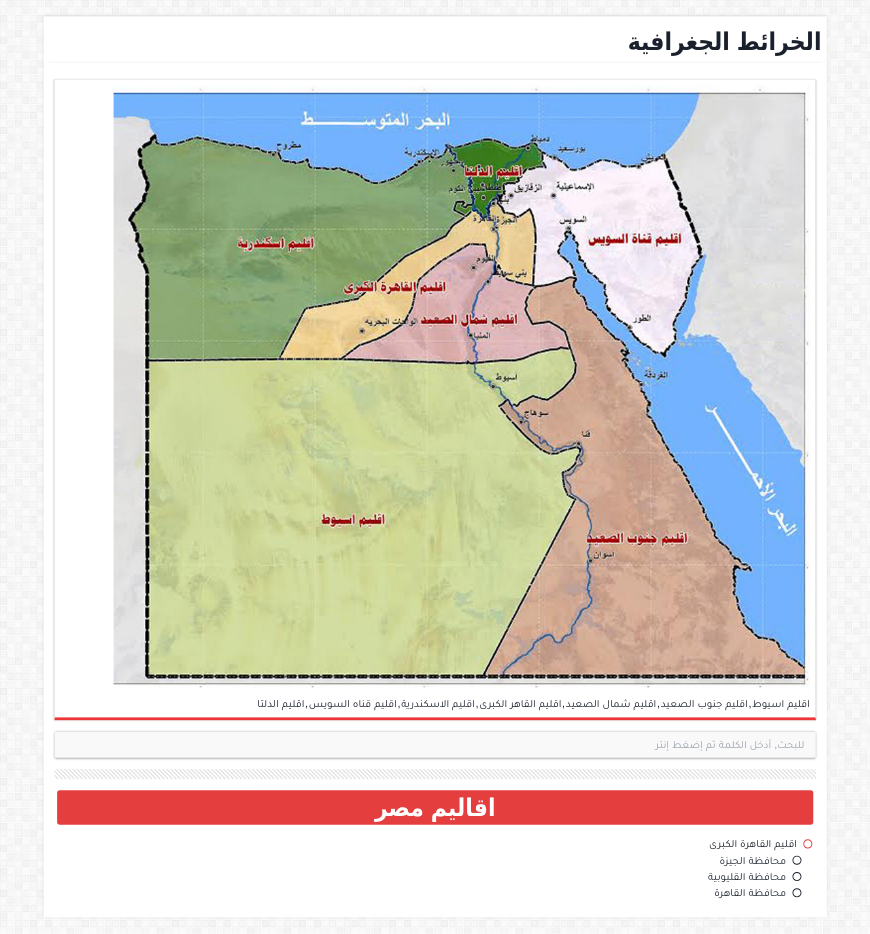
Repository: ahmed-mohamed-eng/egypt-gov-map
Page: /
These files come from the project's save history. The page is drawn as it stood at one moment and after the next save; the edit follows.
The browser window is 1280 px wide. The pictures show the whole page, at 68% of full size.
Some web fonts or font styles are not loaded; a fallback is used. The project was rebuilt for these pictures with package versions that can differ from the ones it lists, and the page was loaded fresh each time. The framework's server and built-in components were replaced by stand-ins that run in the browser. Also part of the build but not shown: next.config.js.

Above is the page before, as saved 2022-05-30 14:37:29.

### pages/_app.tsx
import "../styles/globals.css";

import type { AppProps } from "next/app";

import { ChakraProvider, extendTheme } from "@chakra-ui/react";

const theme = extendTheme({
  fonts: {
    heading: `Arial, Helvetica,"Aref Ruqaa" ,'Segoe UI', Tahoma, Geneva, Verdana, sans-serif`,
  },
});

function MyApp({ Component, pageProps }: AppProps) {
  return (
    <ChakraProvider theme={theme}>
      <Component {...pageProps} />
    </ChakraProvider>
  );
}

export default MyApp;

### pages/_document.tsx
import Document, {
  Html,
  Head,
  Main,
  NextScript,
  DocumentContext,
} from "next/document";

class MyDocument extends Document {
  static async getInitialProps(ctx: DocumentContext) {
    const initialProps = await Document.getInitialProps(ctx);
    return { ...initialProps };
  }

  render() {
    return (
      <Html dir="rtl" lang="ar">
        <Head />
        <body>
          <Main />
          <NextScript />
        </body>
      </Html>
    );
  }
}

export default MyDocument;

### pages/index.tsx
import type { NextPage } from "next";

// Custom Components
import Header from "../components/Header";
import PageContainer from "../components/PageContainer";
import MainContentArea from "../components/MainContentArea";

// Constants
import provincesList from "../constants/provincesList";

const Home: NextPage = () => {
  return (
    <PageContainer>
      <Header headerTitle="الخرائط الجغرافية" />
      <MainContentArea
        quickNavTitle="اقاليم مصر"
        placeholderTxt="للبحث, أدخل الكلمة ثم إضغط إنتر"
        list={provincesList}
      />
    </PageContainer>
  );
};

export default Home;

### styles/globals.css
@import url("https://fonts.googleapis.com/css2?family=Amiri:ital,wght@0,700;1,400;1,700&family=Aref+Ruqaa:wght@400;700&family=Tajawal:wght@300;400;500;700;800;900&display=swap");

@tailwind base;
@tailwind components;
@tailwind utilities;

html,
body {
  padding: 0;
  margin: 0;
  font-family: -apple-system, BlinkMacSystemFont, Segoe UI, Roboto, Oxygen,
    Ubuntu, Cantarell, Fira Sans, Droid Sans, Helvetica Neue, sans-serif;
}

a {
  color: inherit;
  text-decoration: none;
}

* {
  box-sizing: border-box;
  font-family: Arial, Helvetica, "Tajawal", "Aref Ruqaa", "Segoe UI", Tahoma,
    Geneva, Verdana, sans-serif;
}

### components/Header/index.tsx
export { Header as default } from "./Header";

### components/PageContainer/index.tsx
export { PageContainer as default } from "./PageContainer";

### components/MainContentArea/index.tsx
export { MainContentArea as default } from "./MainContentArea";

### constants/provincesList.ts
import { province } from "../components/MainContentArea/QuickNavigationArea/CitiesList/CitiesList";

const provincesList: Array<province> = [
  {
    provinceName: "اقليم القاهرة الكبرى",
    url: "#",
    childItems: [
      {
        cityName: "محافظة الجيزة",
        url: "#",
      },
      {
        cityName: "محافظة القليوبية",
        url: "#",
      },
      {
        cityName: "محافظة القاهرة",
        url: "#",
      },
    ],
  },
];

export default provincesList;

### components/Header/Header.tsx
import { Divider, Flex, Heading, VStack } from "@chakra-ui/react";

export interface HeaderProps {
  headerTitle: string;
}

export const Header = (props: HeaderProps) => {
  return (
    <VStack
      as="header"
      w="full"
      justifyContent="center"
      alignItems="center"
      fontSize="1.5rem"
      fontFamily="arabic"
      flex="1"
    >
      <Heading w="full" textAlign="right" as="h1">
        {props.headerTitle}
      </Heading>
      <Flex w="full">
        <Divider orientation="horizontal" />
      </Flex>
    </VStack>
  );
};

### components/PageContainer/PageContainer.tsx
import { Center, Flex, VStack } from "@chakra-ui/react";

// import bgImage from "../../images/backgroundImage.png";

export const PageContainer = (props: any) => {
  return (
    <Flex backgroundImage={`url(/images/backgroundImage.png)`}>
      <Center w="full" h="full" py="1.5rem">
        <VStack
          bgColor="white"
          width={["90vw"]}
          minH="95vh"
          boxShadow="0 0 5px #CACACA"
          py="1rem"
          px="0.5rem"
          spacing="1rem"
        >
          {props.children}
        </VStack>
      </Center>
    </Flex>
  );
};

### components/MainContentArea/MainContentArea.tsx
import { VStack } from "@chakra-ui/react";

// Custom Components.
import MapArea from "./MapArea";
import SearchBox from "./SearchBox";
import StripeSeparator from "./StripeSeparator";
import QuickNavigationArea from "./QuickNavigationArea";

// Interfaces.
import { SearchBoxProps } from "./SearchBox/SearchBox";
import { QuickNavigationAreaProps } from "./QuickNavigationArea/QuickNavigationArea";

export interface MainContentAreaProps
  extends QuickNavigationAreaProps,
    SearchBoxProps {}

export const MainContentArea = (props: MainContentAreaProps) => {
  return (
    <VStack as="main" w="full" p="0.5rem" spacing="1rem" flex="14">
      <MapArea />
      <SearchBox placeholderTxt={props.placeholderTxt} />
      <StripeSeparator />
      <QuickNavigationArea
        list={props.list}
        quickNavTitle={props.quickNavTitle}
      />
    </VStack>
  );
};

### components/MainContentArea/MapArea/index.tsx
export { MapArea as default } from "./MapArea";

### components/MainContentArea/SearchBox/index.tsx
export { SearchBox as default } from "./SearchBox";

### components/MainContentArea/StripeSeparator/index.tsx
export { StripeSeparator as default } from "./StripeSeparator";

### components/MainContentArea/QuickNavigationArea/index.tsx
export { QuickNavigationArea as default } from "./QuickNavigationArea";

### components/MainContentArea/MapArea/MapArea.tsx
import { VStack } from "@chakra-ui/react";

// Custom Components.
import MapImage from "./MapImage";
import MapInfoDisplayedLinks from "./MapInfoDisplayedLinks";

// Constants.
import provinces from "../../../constants/provinces";

export const MapArea = () => {
  return (
    <VStack
      borderWidth="thin"
      borderColor="red.500"
      boxShadow="0 1px 3px 0 #b5b5b5"
      border="1px solid #DDD"
      borderBottom="4px solid #ef3636"
      p="0.5rem"
      w="full"
      spacing="0.5rem"
    >
      <MapImage />
      <MapInfoDisplayedLinks
        breadcrumbItems={provinces}
      />
    </VStack>
  );
};

### components/MainContentArea/SearchBox/SearchBox.tsx
import { Input } from "@chakra-ui/react";

export interface SearchBoxProps {
  placeholderTxt: string;
}

export const SearchBox = (props: SearchBoxProps) => {
  return (
    <Input
      w="full"
      backgroundColor="#F9F9F9"
      borderColor="#F1F1F1"
      borderTopColor="#DDD"
      borderBottomColor="#DDD"
      boxShadow="0 1px 3px 0 #B5B5B5"
      borderRadius="3px"
      placeholder={props.placeholderTxt}
    />
  );
};

### components/MainContentArea/StripeSeparator/StripeSeparator.tsx
import { Box } from "@chakra-ui/react";

export const StripeSeparator = () => {
  return <Box w="full" h="15px" bgImage="url(/images/stripe.png)"></Box>;
};

### components/MainContentArea/QuickNavigationArea/QuickNavigationArea.tsx
import { VStack, Heading } from "@chakra-ui/react";

import CitiesList from "./CitiesList";

// Interfaces
import { CitiesListProps } from "./CitiesList/CitiesList";

export interface QuickNavigationAreaProps extends CitiesListProps {
  quickNavTitle: string;
}

export const QuickNavigationArea = (props: QuickNavigationAreaProps) => {
  return (
    <VStack w="full" spacing="1rem" px="0.25rem">
      <Heading
        w="full"
        h="fit-content"
        borderRadius="0.25rem"
        color="white"
        bg="red.500"
        p="0.25rem"
        textAlign="center"
      >
        {props.quickNavTitle}
      </Heading>
      <CitiesList list={props.list} />
    </VStack>
  );
};

### components/MainContentArea/MapArea/MapImage/index.tsx
export { MapImage as default } from "./MapImage";

### components/MainContentArea/MapArea/MapInfoDisplayedLinks/index.tsx
export { MapInfoDisplayedLinks as default } from "./MapInfoDisplayedLinks";

### constants/provinces.ts
import { BreadcrumbElement } from "../components/MainContentArea/MapArea/MapInfoDisplayedLinks/MapInfoDisplayedLinks";

const provinces: Array<BreadcrumbElement> = [
  {
    text: "اقليم اسيوط",
    url: "#",
  },
  {
    text: "اقليم جنوب الصعيد",
    url: "#",
  },
  {
    text: "اقليم شمال الصعيد",
    url: "#",
  },
  {
    text: "اقليم القاهر الكبرى",
    url: "#",
  },
  {
    text: "اقليم الاسكندرية",
    url: "#",
  },
  {
    text: "اقليم قناه السويس",
    url: "#",
  },
  {
    text: "اقليم الدلتا",
    url: "#",
  },
];

export default provinces;

### components/MainContentArea/QuickNavigationArea/CitiesList/index.tsx
export { CitiesList as default } from "./CitiesList";

### components/MainContentArea/MapArea/MapImage/MapImage.tsx
import React from "react";

import { Flex, Image } from "@chakra-ui/react";

// Images Sources.
import mapImage from "../../../../images/Egypt_Provinces.jpg";

export const MapImage = () => {
  return (
    <Flex w="full">
      <Image mixBlendMode="multiply" src={mapImage.src} alt="Egypt Province Map" />
    </Flex>
  );
};

### components/MainContentArea/MapArea/MapInfoDisplayedLinks/MapInfoDisplayedLinks.tsx
import { v4 as uuidV4 } from "uuid";

import { Breadcrumb, BreadcrumbItem, BreadcrumbLink } from "@chakra-ui/react";

export type BreadcrumbElement = {
  url: string;
  text: string;
};

export interface MapInfoDisplayedLinksProps {
  breadcrumbItems: Array<BreadcrumbElement>;
}

export const MapInfoDisplayedLinks = (props: MapInfoDisplayedLinksProps) => {
  const breadcrumbItems = props.breadcrumbItems.map((item) => {
    return (
      <BreadcrumbItem key={uuidV4()}>
        <BreadcrumbLink
          maxW="fit-content"
          _hover={{
            textDecoration: "none",
            fontWeight: "600",
          }}
          href={item.url}
        >
          {item.text}
        </BreadcrumbLink>
      </BreadcrumbItem>
    );
  });

  return (
    <Breadcrumb spacing="1px" separator="," w="full">
      {breadcrumbItems}
    </Breadcrumb>
  );
};

### components/MainContentArea/QuickNavigationArea/CitiesList/CitiesList.tsx
import { v4 as uuidV4 } from "uuid";

import { List, ListItem, ListIcon } from "@chakra-ui/react";

import { BiCircle } from "react-icons/bi";

export type city = {
  cityName: string;
  url: string;
};

export type province = {
  provinceName: string;
  url: string;
  childItems: Array<city>;
};

export interface CitiesListProps {
  list: Array<province>;
}

export const CitiesList = (props: CitiesListProps) => {
  const items = props.list.map((item, parentIndex) => {
    return (
      <List key={uuidV4()}>
        <ListItem as="a" href={item.url}>
          <ListIcon as={BiCircle} color="red.500" fill="red.500" />
          {item.provinceName}
        </ListItem>
        {item.childItems.map((childItem) => {
          return (
            <List key={uuidV4()} pr={`${parentIndex + 1}rem`}>
              <ListItem as="a" href={childItem.url}>
                <ListIcon as={BiCircle} />
                {childItem.cityName}
              </ListItem>
            </List>
          );
        })}
      </List>
    );
  });
  return <List w="full">{items}</List>;
};

Loaded but not shown: tailwind.config.js (common file)

After the next save:
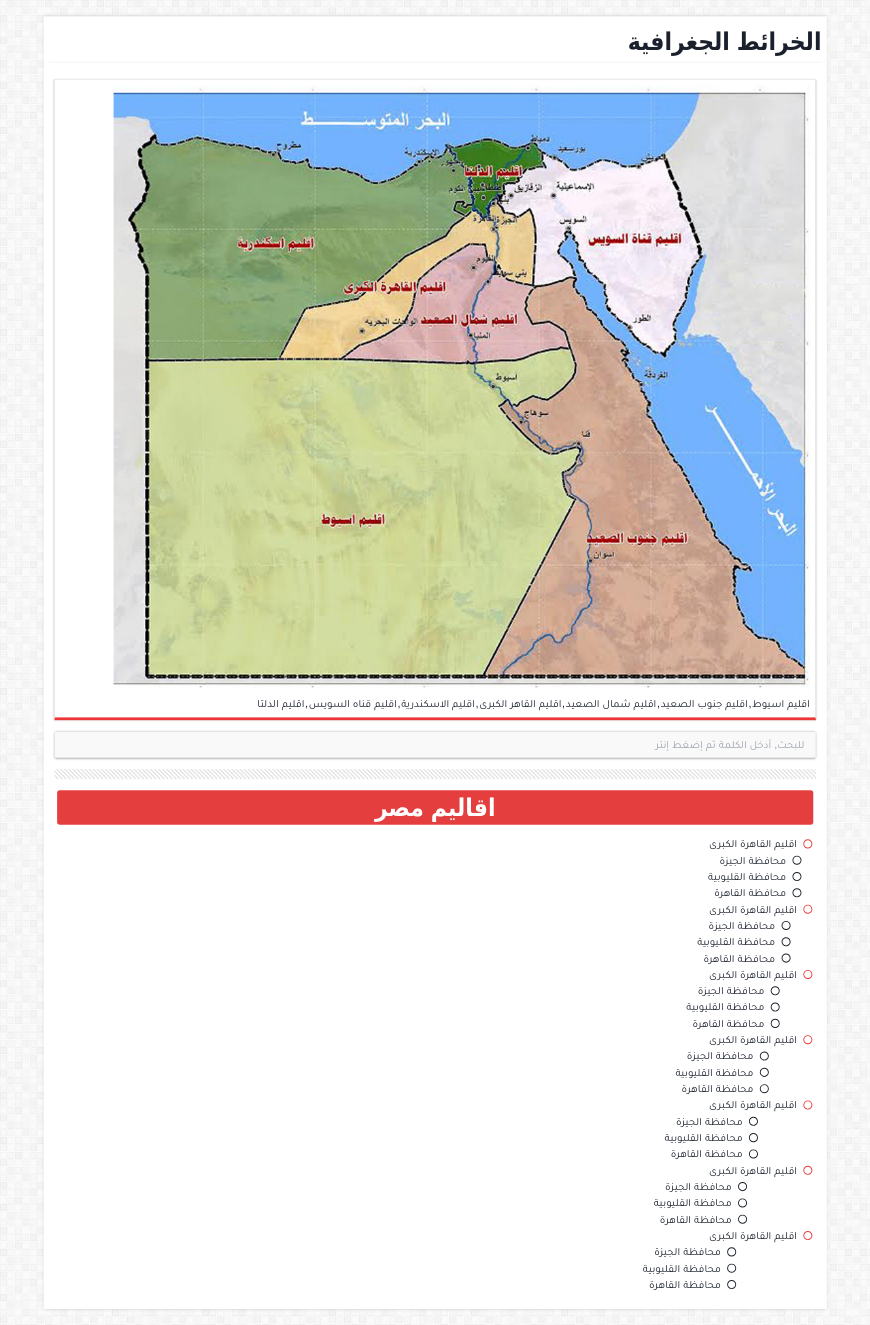
Saved 57 s later.
--- a/constants/provincesList.ts
+++ b/constants/provincesList.ts
@@ -19,6 +19,114 @@ const provincesList: Array<province> = [
       },
     ],
   },
+  {
+    provinceName: "اقليم القاهرة الكبرى",
+    url: "#",
+    childItems: [
+      {
+        cityName: "محافظة الجيزة",
+        url: "#",
+      },
+      {
+        cityName: "محافظة القليوبية",
+        url: "#",
+      },
+      {
+        cityName: "محافظة القاهرة",
+        url: "#",
+      },
+    ],
+  },
+  {
+    provinceName: "اقليم القاهرة الكبرى",
+    url: "#",
+    childItems: [
+      {
+        cityName: "محافظة الجيزة",
+        url: "#",
+      },
+      {
+        cityName: "محافظة القليوبية",
+        url: "#",
+      },
+      {
+        cityName: "محافظة القاهرة",
+        url: "#",
+      },
+    ],
+  },
+  {
+    provinceName: "اقليم القاهرة الكبرى",
+    url: "#",
+    childItems: [
+      {
+        cityName: "محافظة الجيزة",
+        url: "#",
+      },
+      {
+        cityName: "محافظة القليوبية",
+        url: "#",
+      },
+      {
+        cityName: "محافظة القاهرة",
+        url: "#",
+      },
+    ],
+  },
+  {
+    provinceName: "اقليم القاهرة الكبرى",
+    url: "#",
+    childItems: [
+      {
+        cityName: "محافظة الجيزة",
+        url: "#",
+      },
+      {
+        cityName: "محافظة القليوبية",
+        url: "#",
+      },
+      {
+        cityName: "محافظة القاهرة",
+        url: "#",
+      },
+    ],
+  },
+  {
+    provinceName: "اقليم القاهرة الكبرى",
+    url: "#",
+    childItems: [
+      {
+        cityName: "محافظة الجيزة",
+        url: "#",
+      },
+      {
+        cityName: "محافظة القليوبية",
+        url: "#",
+      },
+      {
+        cityName: "محافظة القاهرة",
+        url: "#",
+      },
+    ],
+  },
+  {
+    provinceName: "اقليم القاهرة الكبرى",
+    url: "#",
+    childItems: [
+      {
+        cityName: "محافظة الجيزة",
+        url: "#",
+      },
+      {
+        cityName: "محافظة القليوبية",
+        url: "#",
+      },
+      {
+        cityName: "محافظة القاهرة",
+        url: "#",
+      },
+    ],
+  },
 ];
 
 export default provincesList;
